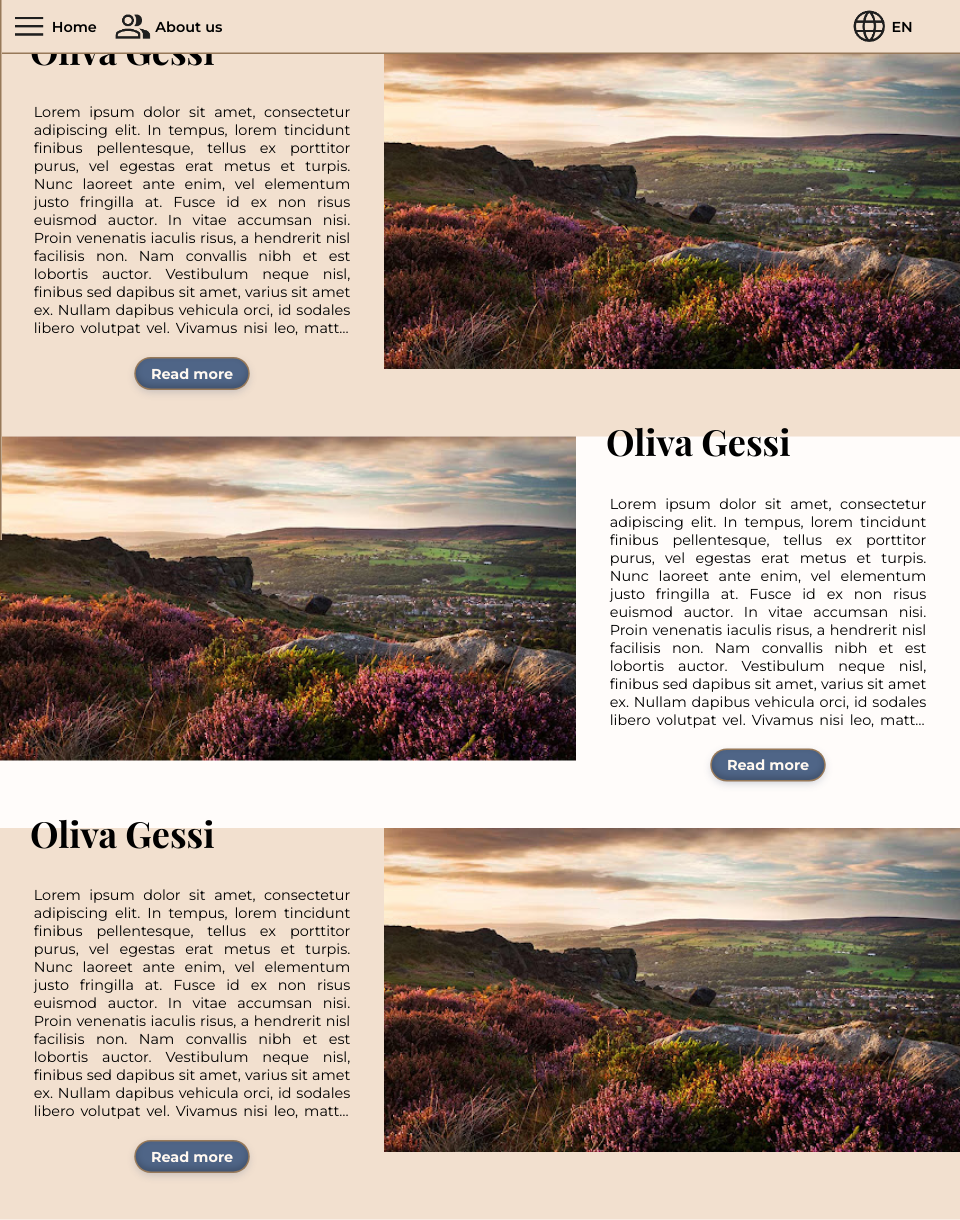
Repository: Seaside-Jokers/Oliva-gessi
Page: index.html
The author's editor kept a copy of each file at every save. The page is drawn from the files as they stood at one save, then again after the next save.
The browser window is 1280 px wide. The pictures show the whole page, at 75% of full size.
Some web fonts or font styles are not loaded; a fallback is used.

Above is the page before, as saved 2026-02-18 16:01:10.

### index.html
<!DOCTYPE html>
<html lang="it">
<head>
    <meta charset="UTF-8">
    <title>Oliva Gessi</title>
    <link rel="stylesheet" href="src/style.css">
    <link rel="alternate" hreflang="en" href="index.html">
    <link rel="alternate" hreflang="it" href="index.html">
    <link rel="preconnect" href="https://fonts.googleapis.com">
    <link rel="preconnect" href="https://fonts.gstatic.com" crossorigin>
    <link href="https://fonts.googleapis.com/css2?family=Playfair+Display:ital,wght@0,400..900;1,400..900&display=swap" rel="stylesheet">
</head>
<body>
    <!-- ======================================================================= -->
    <!--                                 NAVBAR                                  -->
    <!-- ======================================================================= -->
    <nav class="navbar">
        <!-- Home -->
        <button class="btn-navbar" type="button" onclick="toggleMenu()">
            <img src="assets/menu_icon.png" data-key="home" alt="Home" class="icone" id="navbar-button">
            <span data-key="home" class="nav-data">Menu</span>
        </button>
        <!-- About us-->
        <button class="btn-navbar" type="button" onclick="location.href='about-us.html'">
            <img src="assets/about_us.png" data-key="about" alt="Chi siamo" class="icone">
            <span data-key="about" class="nav-data">Chi siamo</span>
        </button>
        <!-- Cambio lingua (a destra) -->
        <button class="btn-navbar lang-button" type="button" onclick="changeLang()">
            <img src="assets/language.png" data-key="language" alt="Cambia lingua" class="icone">
            <span data-key="current_language" class="nav-data">IT</span>
        </button>
    </nav>
    <!-- ======================================================================= -->
    <!--                                 SIDEBAR                                 -->
    <!-- ======================================================================= -->
    <!-- Strato trasparente che permette di chiudere il menu cliccando fuori -->
    <div class="clicker" onclick="closeMenu()"></div>
    <!-- Menu laterale vero e proprio -->
    <div class="sidebar" id="sidebar">
        <!-- Chiudi il menu -->
        <button class="sidebar-button" type="button" onclick="closeMenu()">
            <img src="assets/close.png" alt="Chiudi menu" class="icone large">
            <span data-key="close_menu" class="side-data">Chiudi</span>
        </button>
        <!-- About us -->
        <button class="sidebar-button" type="button" onclick="location.href='about-us.html'">
            <img src="assets/about_us.png" alt="Chiudi menu" class="icone large">
            <span data-key="about" class="side-data">Chi siamo</span>
        </button>
        <details>
            <!-- Le varie pagine del file -->
            <summary data-key="cerca_pagina"></summary>
        </details>
    </div>

    <!-- ======================================================================= -->
    <!--                                CONTENUTO                                -->
    <!-- ======================================================================= -->
    <div class="blocco">
        <img src="assets/immagine_16x9.jpg" alt="Foto placeholder del primo blocco" data-key="alt_img1" class="foto-blocco">
        <div class="container-testo-blocco">
            <h1 class="titolo-blocco" data-key="title_1">Oliva Gessi</h1>
            <p class="testo-blocco" data-key="testo_1">Lorem ipsum dolor sit amet, consectetur adipiscing elit. In tempus, lorem tincidunt finibus pellentesque, tellus ex porttitor purus, vel egestas erat metus et turpis. Nunc laoreet ante enim, vel elementum justo fringilla at. Fusce id ex non risus euismod auctor. In vitae accumsan nisi. Proin venenatis iaculis risus, a hendrerit nisl facilisis non. Nam convallis nibh et est lobortis auctor. Vestibulum neque nisl, finibus sed dapibus sit amet, varius sit amet ex. Nullam dapibus vehicula orci, id sodales libero volutpat vel. Vivamus nisi leo, mattis ut est convallis, pharetra ornare ipsum. Fusce elementum velit at massa mattis rutrum. Curabitur tincidunt consectetur nibh, in molestie urna ullamcorper sed. Interdum et malesuada fames ac ante ipsum primis in faucibus.</p>
            <button class="read-more-button" type="button" onclick="" data-key="read_more">Leggi di più</button>
        </div>
    </div>
    <div class="blocco">
        <img src="assets/immagine_16x9.jpg" alt="Foto placeholder del primo blocco" data-key="alt_img1" class="foto-blocco">
        <div class="container-testo-blocco">
            <h1 class="titolo-blocco" data-key="title_1">Oliva Gessi</h1>
            <p class="testo-blocco" data-key="testo_1">Lorem ipsum dolor sit amet, consectetur adipiscing elit. In tempus, lorem tincidunt finibus pellentesque, tellus ex porttitor purus, vel egestas erat metus et turpis. Nunc laoreet ante enim, vel elementum justo fringilla at. Fusce id ex non risus euismod auctor. In vitae accumsan nisi. Proin venenatis iaculis risus, a hendrerit nisl facilisis non. Nam convallis nibh et est lobortis auctor. Vestibulum neque nisl, finibus sed dapibus sit amet, varius sit amet ex. Nullam dapibus vehicula orci, id sodales libero volutpat vel. Vivamus nisi leo, mattis ut est convallis, pharetra ornare ipsum. Fusce elementum velit at massa mattis rutrum. Curabitur tincidunt consectetur nibh, in molestie urna ullamcorper sed. Interdum et malesuada fames ac ante ipsum primis in faucibus.</p>
            <button class="read-more-button" type="button" onclick="" data-key="read_more">Leggi di più</button>
        </div>
    </div>
    <div class="blocco">
        <img src="assets/immagine_16x9.jpg" alt="Foto placeholder del primo blocco" data-key="alt_img1" class="foto-blocco">
        <div class="container-testo-blocco">
            <h1 class="titolo-blocco" data-key="title_1">Oliva Gessi</h1>
            <p class="testo-blocco" data-key="testo_1">Lorem ipsum dolor sit amet, consectetur adipiscing elit. In tempus, lorem tincidunt finibus pellentesque, tellus ex porttitor purus, vel egestas erat metus et turpis. Nunc laoreet ante enim, vel elementum justo fringilla at. Fusce id ex non risus euismod auctor. In vitae accumsan nisi. Proin venenatis iaculis risus, a hendrerit nisl facilisis non. Nam convallis nibh et est lobortis auctor. Vestibulum neque nisl, finibus sed dapibus sit amet, varius sit amet ex. Nullam dapibus vehicula orci, id sodales libero volutpat vel. Vivamus nisi leo, mattis ut est convallis, pharetra ornare ipsum. Fusce elementum velit at massa mattis rutrum. Curabitur tincidunt consectetur nibh, in molestie urna ullamcorper sed. Interdum et malesuada fames ac ante ipsum primis in faucibus.</p>
            <button class="read-more-button" type="button" onclick="" data-key="read_more">Leggi di più</button>
        </div>
    </div>

    <!--=======================================================================-->
    <!--                      DO NOT TOUCH BELOW THIS LINE                     -->
    <!--=======================================================================-->
    <script src="src/database_testo.js"></script>
    <script src="src/color_scheme.js"></script>
    <script src="src/sidebar.js"></script>
    <script src="src/homepage.js"></script>
</body>

<!-- TODO: leggi questo commento e poi eliminalo per favore: quando vuoi aggiungere un nuovo testo modificalo in src/database_testo.js -->
</html>

### src/style.css
/* -------------------------------------------------------------------------- */
/*                                   COLORI                                   */
/* -------------------------------------------------------------------------- */
:root,
[data-theme="light"] {
    /** BACKGROUND */
    --bg-dark:      hsl(30 58% 88%);
    --bg:           hsl(30 100% 94%);
    --bg-light:     hsl(30 100% 99%);

    /** TESTO */
    --text:         hsl(17 100% 4%);
    --text-muted:   hsl(32 47% 25%);
    --highlight:    hsl(31 100% 97%);

    /** BORDI */
    --border:       hsl(31 26% 47%);
    --border-muted: hsl(31 31% 59%);

    /** COLORI INTERFACCIA */
    --primary:      hsl(37 100% 17%);
    --secondary:    hsl(206 82% 26%);
    --danger:       hsl(9 25% 41%);
    --warning:      hsl(51 29% 33%);
    --success:      hsl(148 24% 35%);
    --info:         hsl(217 26% 42%);
}

[data-theme="dark"] {
    /** BACKGROUND */
    --bg-dark:      hsl(18 100% 1%);
    --bg:           hsl(25 93% 4%);
    --bg-light:     hsl(31 65% 7%);

    /** TESTO */
    --text:         hsl(31 100% 92%);
    --text-muted:   hsl(31 39% 67%);
    --highlight:    hsl(31 33% 36%);

    /** BORDI */
    --border:       hsl(32 47% 25%);
    --border-muted: hsl(34 84% 14%);

    /** COLORI INTERFACCIA */
    --primary:      hsl(31 62% 64%);
    --secondary:    hsl(209 77% 71%);
    --danger:       hsl(9 31% 65%);
    --warning:      hsl(52 22% 56%);
    --success:      hsl(147 21% 58%);
    --info:         hsl(217 34% 65%);
}

/* Fallback per chi non ha JavaScript: segue la preferenza di sistema */
@media (prefers-color-scheme: dark) {
    :root:not([data-theme]) {
        /** BACKGROUND */
        --bg-dark:      hsl(18 100% 1%);
        --bg:           hsl(25 93% 4%);
        --bg-light:     hsl(31 65% 7%);

        /** TESTO */
        --text:         hsl(31 100% 92%);
        --text-muted:   hsl(31 39% 67%);
        --highlight:    hsl(31 33% 36%);

        /** BORDI */
        --border:       hsl(32 47% 25%);
        --border-muted: hsl(34 84% 14%);

        /** COLORI INTERFACCIA */
        --primary:      hsl(31 62% 64%);
        --secondary:    hsl(209 77% 71%);
        --danger:       hsl(9 31% 65%);
        --warning:      hsl(52 22% 56%);
        --success:      hsl(147 21% 58%);
        --info:         hsl(217 34% 65%);
    }
}

:root {
    /* --- VALORI PER DESKTOP (Default) --- */

    /* -------------------------------------------------------------------------- */
    /*                                   NAVBAR                                   */
    /* -------------------------------------------------------------------------- */
    --nav-height: 60px;
    --nav-img-size: 50px;
    --nav-font-size: 1.2rem;
    --sidebar-width: 300px;
    /* -------------------------------------------------------------------------- */
    /*                                  HOMEPAGE                                  */
    /* -------------------------------------------------------------------------- */
    --block-dist: 30px;
    --btn-width: 150px;
    --btn-height: 40px;
}

@media (max-aspect-ratio: 1/1) {
    :root {
        /* --- VALORI PER MOBILE (Telefoni e Tablet piccoli) --- */

        /* -------------------------------------------------------------------------- */
        /*                                   NAVBAR                                   */
        /* -------------------------------------------------------------------------- */
        --nav-height: 80px;
        --nav-img-size: 65px;
        --nav-font-size: 2.1rem;
        --sidebar-width: 450px;
        /* -------------------------------------------------------------------------- */
        /*                                  HOMEPAGE                                  */
        /* -------------------------------------------------------------------------- */
        --block-dist: 30px;

        --btn-width: 300px;
        --btn-height: 80px;
    }
}


/* -------------------------------------------------------------------------- */
/*                                    BASE                                    */
/* -------------------------------------------------------------------------- */
/* corpo dell'HTML */
body {
    font-family: 'Montserrat', sans-serif;
    margin: 0;
    padding: 0;
    background-color: var(--bg-light);
    padding-top: var(--nav-height);
}

@font-face {
    font-family: 'Playfair Display';
    src: url('../fonts/Playfair_Display/PlayfairDisplay-VariableFont_wght.ttf') format('truetype');
    font-weight: 100 900;
    font-style: normal;
    font-display: swap;
}
@font-face {
    font-family: 'Playfair Display';
    src: url('../fonts/Playfair_Display/PlayfairDisplay-Italic-VariableFont_wght.ttf') format('truetype');
    font-weight: 100 900;
    font-style: italic;
    font-display: swap;
}

@font-face {
    font-family: 'Montserrat';
    src: url('../fonts/Montserrat/Montserrat-VariableFont_wght.ttf') format('truetype');
    font-weight: 100 900;
    font-style: normal;
    font-display: swap;
}
@font-face {
    font-family: 'Montserrat';
    src: url('../fonts/Montserrat/Montserrat-Italic-VariableFont_wght.ttf') format('truetype');
    font-weight: 100 900;
    font-style: italic;
    font-display: swap;
}

.text {
    font-family: 'Montserrat', sans-serif;
}
.title {
    font-family: 'Playfair Display', serif;
}

h1 {
    font-family: 'Playfair Display', serif;
    font-weight: bold;
}
h2 {
    font-family: 'Playfair Display', serif;
    font-weight: bold;
}
h3 {
    font-family: 'Playfair Display', serif;
    font-weight: bold;
}
h4 {
    font-family: 'Playfair Display', serif;
    font-weight: bold;
}
h5 {
    font-family: 'Playfair Display', serif;
    font-weight: bold;
}
h6 {
    font-family: 'Playfair Display', serif;
    font-weight: bold;
}
p {
    font-family: 'Montserrat', sans-serif;
}
span {
    font-family: 'Montserrat', sans-serif;
}

.l {
    margin-left: 0px;
    margin-right: auto;
}
.r {
    margin-left: auto;
    margin-right: 0px;
    align-items: right;
}

/* -------------------------------------------------------------------------- */
/*                                   NAVBAR                                   */
/* -------------------------------------------------------------------------- */
nav.navbar {
    position: fixed;
    top: 0;
    width: 100%;
    height: var(--nav-height);
    display: flex;
    align-items: center;
    background-color: var(--bg-dark);
    padding: 5px;
    border-bottom: 2px solid var(--border);
}
.icone {
    width: var(--nav-img-size);
    height: auto;
    display: block;
    margin: 0px 5px;
}

button.btn-navbar {
    padding: 4px;
    margin-right: 10px;
    background: none;
    border: none;
    cursor: pointer;
    transition: transform 0.2s;
    display: flex;
    flex-direction: row;
    align-items: center;
    justify-content: center;
    font-family: 'Montserrat', sans-serif;
}
.btn-navbar:hover {
    transform: scale(1.1);
}
button.btn-navbar.lang-button {
    margin-left: auto;
    margin-right: 5vw;
}
button.btn-navbar.ruotata {
    transform: rotate(90deg);
}

span.nav-data {
    font-family: 'Montserrat', sans-serif;
    font-size: var(--nav-font-size);
    font-weight: 600;
}
/* TODO: apertuta menu, rotazione di 90° quando il menù è aperto */

.btn-menu:hover {
    transform: scale(1.1);
}

/* -------------------------------------------------------------------------- */
/*                               SIDEBAR (HOME)                               */
/* -------------------------------------------------------------------------- */
.clicker {
    position: fixed;
    top: 0;
    left: 0;
    width: 0%;
    height: 0%;
    z-index: 1;
}
.clicker.show {
    width: 100%;
    height: 100%;
}
.sidebar {
    position: fixed;
    height: 100%;
    width: var(--sidebar-width);
    position: fixed;
    z-index: 1000;
    top: 0;
    left: calc(-1 * var(--sidebar-width));
    background-color: var(--bg-dark);
    overflow-x: hidden;
    transition: 0.5s;
    flex-direction: column;
    border-right: 2px solid var(--border);
}
.sidebar.aperta {
    left: 0;
}
.sidebar-button {
    background: none;
    border: none;
    display: flex;
    flex-direction: row;
    align-items: center;
    height: var(--nav-height);
    flex: 1;
    margin: 8px 3px;
}
.side-data {
    font-size: var(--nav-font-size);
}
details {
  cursor: pointer;
  font-weight: bold;
  margin-top: 10px;
  margin-bottom: 15px;
  margin-left: 15px;
  font-size: var(--nav-font-size);
}

/* -------------------------------------------------------------------------- */
/*                                  CONTENUTO                                 */
/* -------------------------------------------------------------------------- */
.container {
    display: flex;
    flex-direction: row;
    align-items: center;
    justify-content: center;
    width: 100%;
}
.blurry {
    backdrop-filter: blur(5px);
    -webkit-backdrop-filter: blur(8px);
}

/* Valori per computer */
.blocco {
    width: 100%;
    height: 33.75vw;
    padding-bottom: 90px;
    box-sizing: content-box;
    display: flex;
    flex-direction: row;
    align-items: stretch;
    background: none;
    align-items: center;
}
.blocco:nth-child(even) {
    flex-direction: row-reverse;
    flex-direction: row-reverse;
    background: var(--bg-dark);
}
.container-testo-blocco {
    width: auto;
    display: flex;
    flex-direction: column;
    padding: 0px 20px;
    min-height: 0;
    flex: 1;
    overflow: hidden;
}
.titolo-blocco {
    font-size: 3rem;
    margin: 20px;
    font-family: 'Playfair Display', serif;
    flex-shrink: 0;
}
.testo-blocco {
    margin-left: 25px;
    margin-right: 25px;
    flex: 1;
    overflow: hidden;
    min-height: 0;
    font-size: var(--nav-font-size);
    display: -webkit-box;
    -webkit-box-orient: vertical;
    -webkit-line-clamp: 13;
    line-clamp: 13;
    text-align: justify;
    /* line-clamp aggiornato dinamicamente dal JS */
}
.foto-blocco {
    width: 60%;
    height: 100%;
    display: block;
    object-fit: cover;
    flex-shrink: 0;
}
.read-more-button {
    width: var(--btn-width);
    height: var(--btn-height);
    margin-top: 10px;
    margin-bottom: 20px;
    margin-left: calc(50% - var(--btn-width) / 2);
    background-color: var(--info);
    border: none;
    color: var(--highlight);
    font-size: var(--nav-font-size);
    font-family: 'Montserrat', sans-serif;
    cursor: pointer;
    font-weight: 700;
    border-radius: calc(var(--btn-height) / 2);
    border: none;
    box-shadow:
        0 0 0 2px var(--border),
        inset 0 -4px 8px hsl(0 0% 0% / 0.2),
        0 4px 12px hsl(217 26% 42% / 0.3);
    transition: all 0.2s ease;
    flex-shrink: 0;
}
.read-more-button:hover {
    box-shadow:
        0 0 0 3px var(--border-muted),
        inset 0 -2px 4px hsl(0 0% 0% / 0.15),
        0 6px 16px hsl(209 77% 71% / 0.4);
    transform: translateY(-2px);
}

@media (max-aspect-ratio: 1/1), (max-width: 1000px) {
    /* Valori per telefono */
    .blocco {
        height: auto;
        padding-bottom: 0;
        flex-direction: column;
        border-bottom: 2px solid var(--highlight);
    }
    .blocco:nth-child(even) {
        flex-direction: column;
    }
    .titolo-blocco {
        font-size: 5rem;
    }
    .foto-blocco {
        width: 100%;
        height: auto;
        aspect-ratio: 16/9;
    }
    .testo-blocco {
        -webkit-line-clamp: 10;
        line-clamp: 10;
    }
}



/* -------------------------------------------------------------------------- */
/*                              IMG (ABOUT US)                               */
/* -------------------------------------------------------------------------- */



#jacopo {

    margin: 100px 100px;
}

/*
    Fonts: https://ctrl-z.it/9-font-architettura-tavole-portfolio https://material-f/
    Design: foundation.github.io/material-theme-builder/
    Design: https://www.iamsajid.com/css-tricks/
    Fonts: Playfair Display (titoli), Montserrat (testo normale)
*/

### src/sidebar.js
let menuAperto = false;

function toggleMenu() {
    menuAperto = !menuAperto;

    const icon = document.getElementById("navbar-button");
    icon.classList.toggle('ruotata');

    const menu = document.getElementById("sidebar");
    menu.classList.toggle('aperta');

    const clicker = document.querySelector(".clicker");
    clicker.classList.toggle('show');
}
function closeMenu() {
    if(!menuAperto) return;
    toggleMenu();
}

### src/homepage.js
function clampTesti() {
    document.querySelectorAll('.blocco').forEach(blocco => {
        const img    = blocco.querySelector('.foto-blocco');
        const testo  = blocco.querySelector('.testo-blocco');
        const titolo = blocco.querySelector('.titolo-blocco');
        const btn    = blocco.querySelector('.read-more-button');
        if (!img || !testo) return;

        // Altezza reale della foto (rispetta aspect-ratio e zoom)
        const imgH = img.getBoundingClientRect().height;

        // Spazio occupato da titolo e pulsante (margini inclusi)
        const titleH = titolo ? titolo.getBoundingClientRect().height
                                + parseFloat(getComputedStyle(titolo).marginTop)
                                + parseFloat(getComputedStyle(titolo).marginBottom)
                              : 0;
        const btnH   = btn    ? btn.getBoundingClientRect().height
                                + parseFloat(getComputedStyle(btn).marginTop)
                                + parseFloat(getComputedStyle(btn).marginBottom)
                              : 0;

        // Padding del container
        const contStyle = getComputedStyle(testo.parentElement);
        const padV = parseFloat(contStyle.paddingTop) + parseFloat(contStyle.paddingBottom);

        const disponibile = imgH - titleH - btnH - padV
                            - parseFloat(getComputedStyle(testo).marginTop)
                            - parseFloat(getComputedStyle(testo).marginBottom);

        const lineH = parseFloat(getComputedStyle(testo).lineHeight);
        const righe = Math.max(1, Math.floor(disponibile / lineH));

        testo.style.webkitLineClamp = righe;
        testo.style.lineClamp       = righe;
    });
}

// Ricalcola ad ogni resize (zoom incluso) e al caricamento immagini
window.addEventListener('resize', clampTesti);
document.querySelectorAll('.foto-blocco').forEach(img => {
    img.addEventListener('load', clampTesti);
    if (img.complete) clampTesti();
});
document.addEventListener('DOMContentLoaded', clampTesti);

Loaded but not shown: src/color_scheme.js (155 lines, source omitted); src/database_testo.js (94 lines, source omitted)

After the next save:
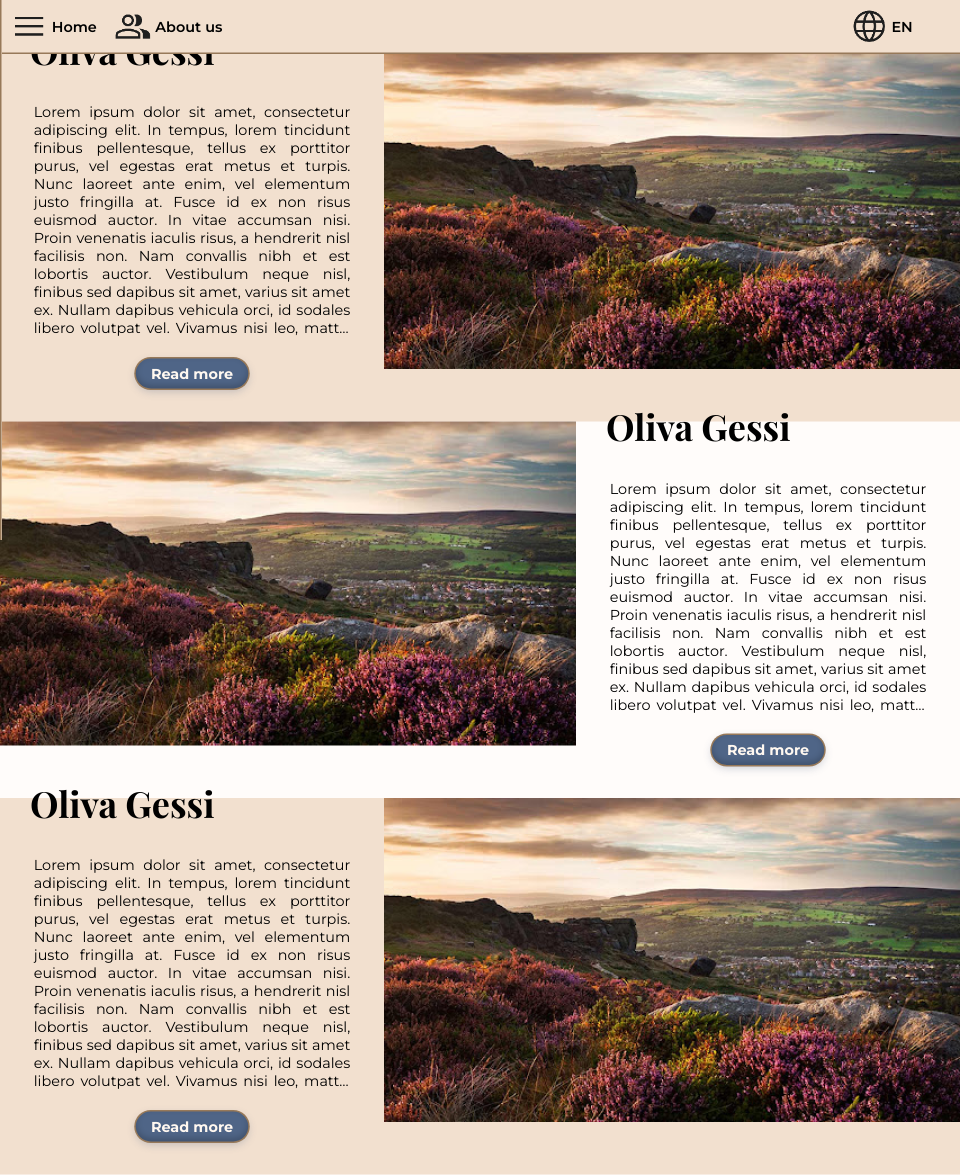
Saved 28 s later.
--- a/src/style.css
+++ b/src/style.css
@@ -336,7 +336,7 @@ details {
 .blocco {
     width: 100%;
     height: 33.75vw;
-    padding-bottom: 90px;
+    padding-bottom: 70px;
     box-sizing: content-box;
     display: flex;
     flex-direction: row;
